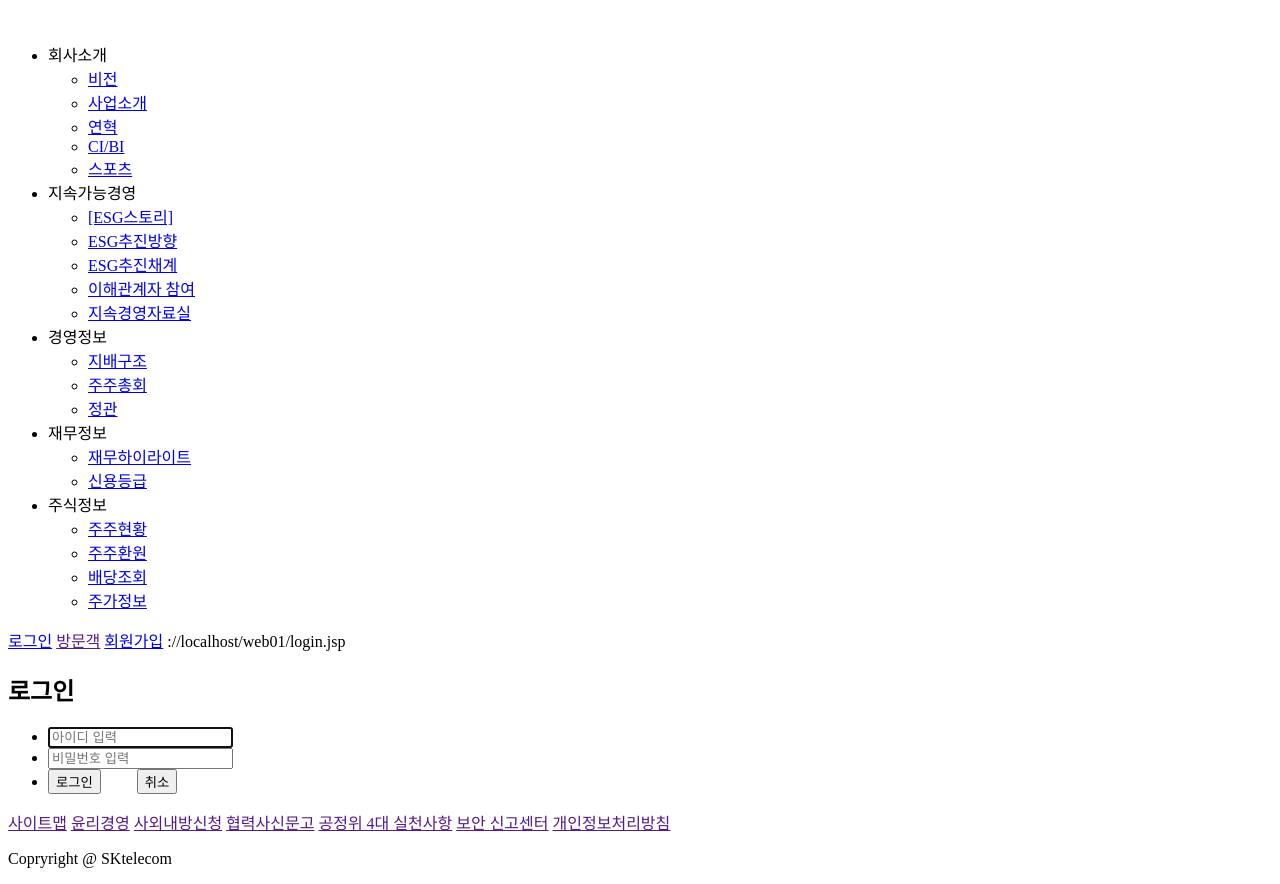
Repository: star-min/jsp_basic
Page: http://localhost/web01/login.jsp
The author's editor kept a copy of each file at every save. The page is drawn from the files as they stood at one save, then again after the next save.
The browser window is 1280 px wide. The pictures show the whole page.
The page is served by Tomcat 9.

Above is the page before, as saved 2022-04-29 06:00:58.

After the next save:
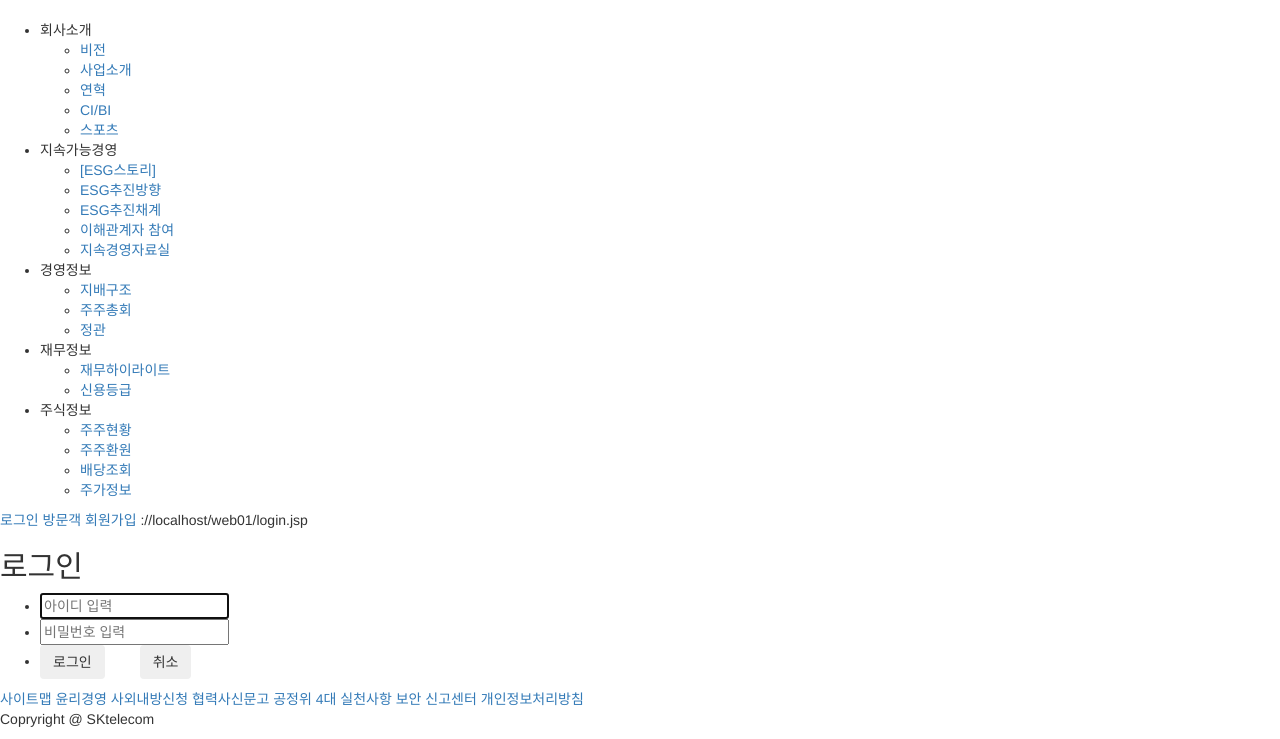
Saved 2 min 51 s later.
--- a/jsp1/web01/src/main/webapp/login.jsp
+++ b/jsp1/web01/src/main/webapp/login.jsp
@@ -6,6 +6,14 @@
 <head>
 <meta charset="UTF-8">
 <title>로그인</title>
+<script src="https://code.jquery.com/jquery-latest.js"></script>
+<link rel="stylesheet" href="https://maxcdn.bootstrapcdn.com/bootstrap/3.3.2/css/bootstrap.min.css">
+<!-- 테마 -->
+<link rel="stylesheet" href="https://maxcdn.bootstrapcdn.com/bootstrap/3.3.2/css/bootstrap-theme.min.css">
+<!-- 자바스크립트 -->
+<script src="https://maxcdn.bootstrapcdn.com/bootstrap/3.3.2/js/bootstrap.min.js"></script>
+<link rel="stylesheet" href="datatables.min.css">
+<script src="datatables.min.js"></script>
 </head>
 <body>
 <div class="wrap">
